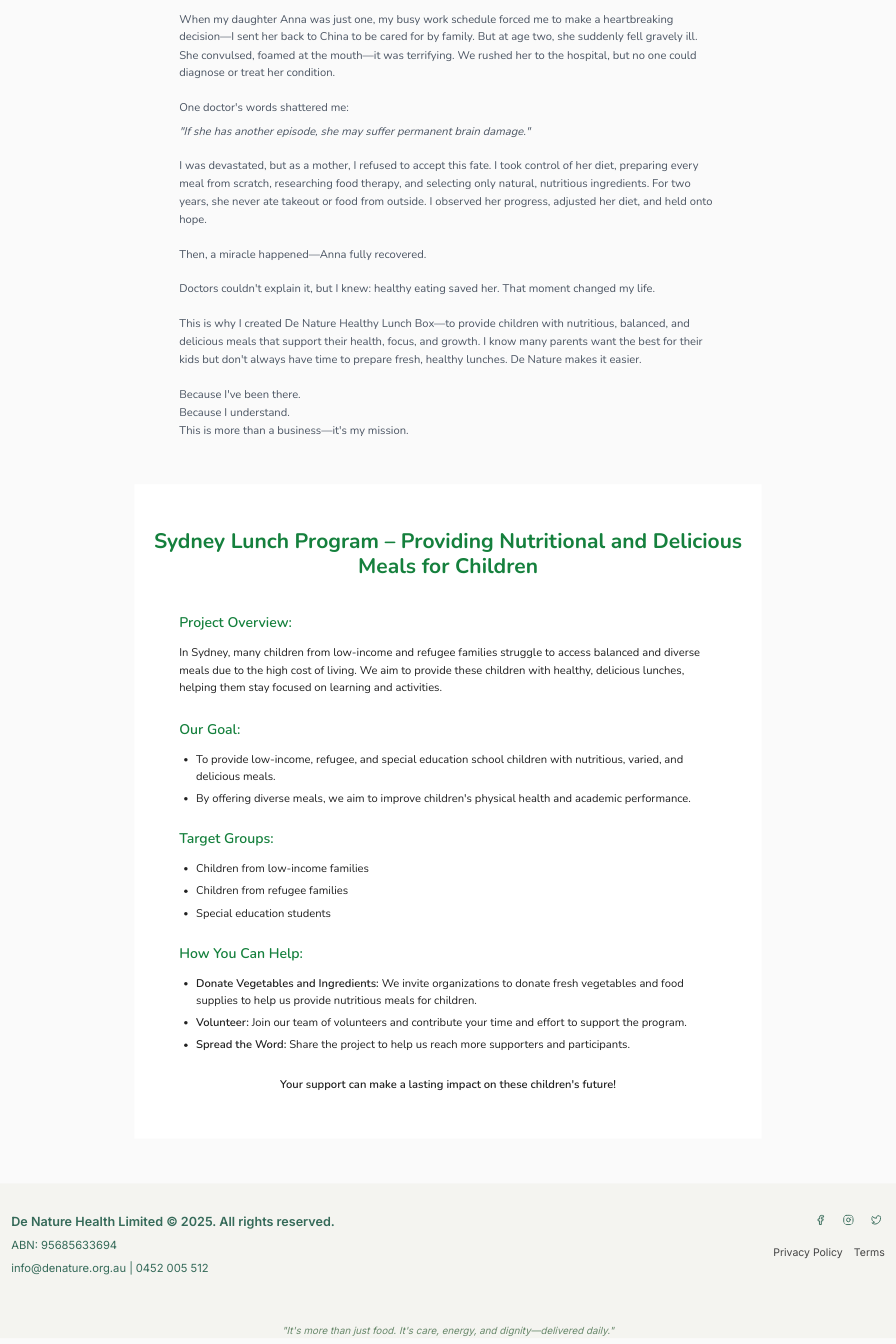
Repository: sunnyyan01/denature-website
Page: /about
The author's editor kept a copy of each file at every save. The page is drawn from the files as they stood at one save, then again after the next save.
The browser window is 1280 px wide. The pictures show the part of the page from y = 1304 to 3224 px (the page is 3224 px tall before and 3134 px after), at 70% of full size.
The project was rebuilt for these pictures with package versions that can differ from the ones it lists, and the page was loaded fresh each time. The framework's server and built-in components were replaced by stand-ins that run in the browser. Also part of the build but not shown: next.config.js.

Above is the page before, as saved 2025-05-14 21:20:21.

After the next save:
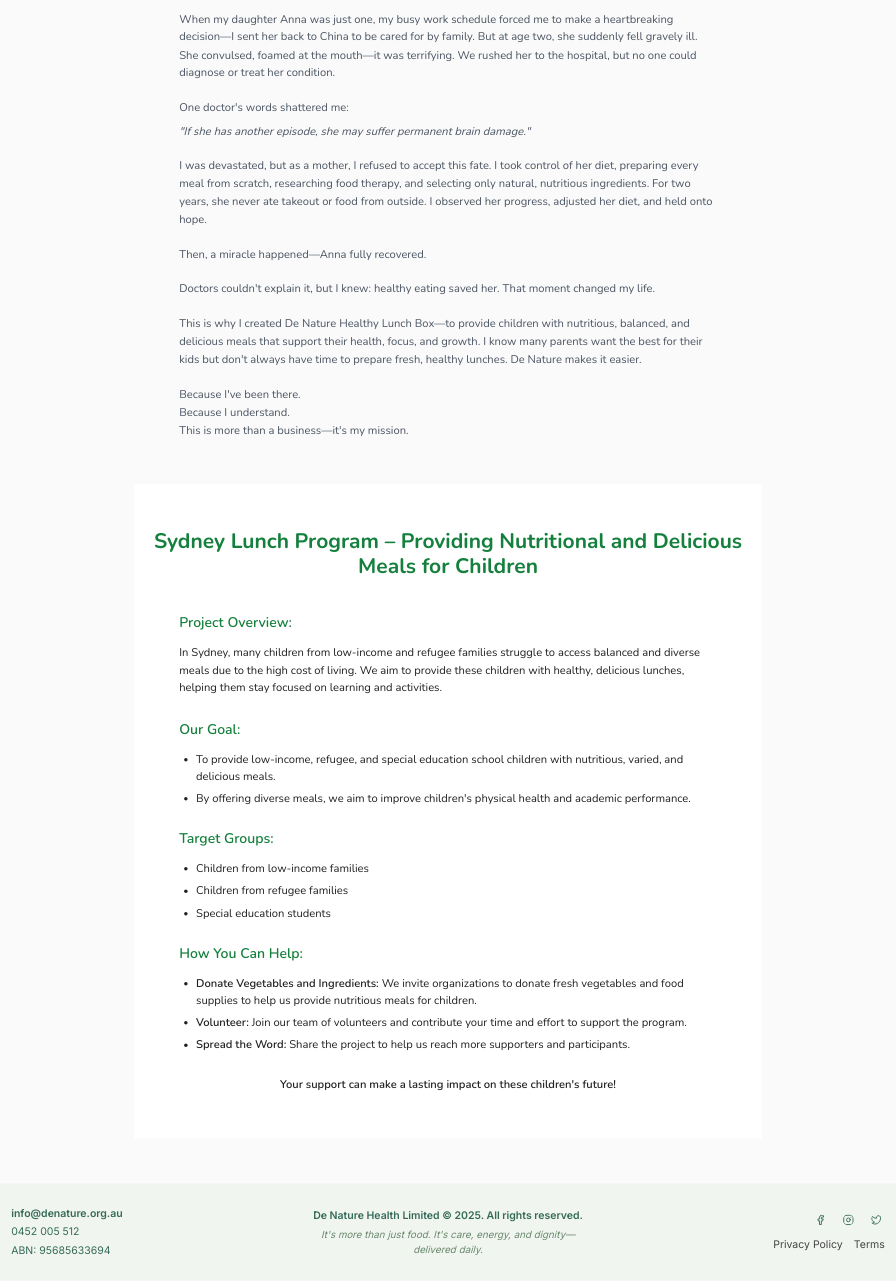
Saved 5 min 48 s later.
--- a/src/components/Footer.tsx
+++ b/src/components/Footer.tsx
@@ -6,41 +6,41 @@
   const currentYear = new Date().getFullYear();
 
   return (
-    <footer className="w-full" style={{ background: '#F4F4F0', color: '#356A59', fontFamily: "'Inter', 'Lato', sans-serif" }}>
-      <div className="container mx-auto px-4 py-10 flex flex-col md:flex-row md:justify-between md:items-start gap-8 md:gap-0">
-        {/* 左侧公司信息 */}
-        <div className="text-left md:text-left text-[16px] space-y-2 flex-1">
-          <p className="font-semibold text-lg">De Nature Health Limited © {currentYear}. All rights reserved.</p>
-          <p>ABN: 95685633694</p>
-          <p>
-            <a href="mailto:info@denature.org.au" className="hover:underline text-[#356A59]">info@denature.org.au</a> |
-            <a href="tel:0452005512" className="hover:underline text-[#356A59] ml-1">0452 005 512</a>
-          </p>
-        </div>
-        {/* 右侧社交图标和快速链接 */}
-        <div className="flex flex-col items-start md:items-end gap-4 flex-1">
-          <div className="flex space-x-4 mb-2">
-            <a href="#" className="group text-[#356A59] transition-transform duration-200 hover:scale-110">
-              <FiFacebook className="w-6 h-6 group-hover:bg-[#356A59] group-hover:text-white rounded-full p-1 transition-colors duration-200" />
-            </a>
-            <a href="#" className="group text-[#356A59] transition-transform duration-200 hover:scale-110">
-              <FiInstagram className="w-6 h-6 group-hover:bg-[#356A59] group-hover:text-white rounded-full p-1 transition-colors duration-200" />
-            </a>
-            <a href="#" className="group text-[#356A59] transition-transform duration-200 hover:scale-110">
-              <FiTwitter className="w-6 h-6 group-hover:bg-[#356A59] group-hover:text-white rounded-full p-1 transition-colors duration-200" />
-            </a>
+    <footer className="w-full" style={{ background: '#f1f5f0', color: '#356A59', fontFamily: "'Inter', 'Lato', sans-serif" }}>
+      <div className="container mx-auto px-4 py-8">
+        <div className="grid grid-cols-1 md:grid-cols-3 gap-8 items-center">
+          {/* 左侧：联系信息 */}
+          <div className="flex flex-col items-center md:items-start text-[15px] gap-1">
+            <span className="font-semibold">info@denature.org.au</span>
+            <span>0452 005 512</span>
+            <span>ABN: 95685633694</span>
           </div>
-          <div className="flex space-x-4 text-[15px]">
-            <a href="#" className="hover:underline text-[#444]">Privacy Policy</a>
-            <a href="#" className="hover:underline text-[#444]">Terms</a>
+          {/* 中间：版权+口号 */}
+          <div className="flex flex-col items-center text-center text-[15px] gap-1">
+            <span className="font-semibold">De Nature Health Limited © {currentYear}. All rights reserved.</span>
+            <span style={{ fontStyle: 'italic', fontSize: '14px', color: '#68886b' }}>
+              It's more than just food. It's care, energy, and dignity—delivered daily.
+            </span>
+          </div>
+          {/* 右侧：社交图标+链接 */}
+          <div className="flex flex-col items-center md:items-end gap-2">
+            <div className="flex space-x-4 mb-1">
+              <a href="#" className="group text-[#356A59] transition-transform duration-200 hover:scale-110">
+                <FiFacebook className="w-6 h-6 group-hover:bg-[#356A59] group-hover:text-white rounded-full p-1 transition-colors duration-200" />
+              </a>
+              <a href="#" className="group text-[#356A59] transition-transform duration-200 hover:scale-110">
+                <FiInstagram className="w-6 h-6 group-hover:bg-[#356A59] group-hover:text-white rounded-full p-1 transition-colors duration-200" />
+              </a>
+              <a href="#" className="group text-[#356A59] transition-transform duration-200 hover:scale-110">
+                <FiTwitter className="w-6 h-6 group-hover:bg-[#356A59] group-hover:text-white rounded-full p-1 transition-colors duration-200" />
+              </a>
+            </div>
+            <div className="flex space-x-4 text-[15px]">
+              <a href="#" className="hover:underline text-[#444]">Privacy Policy</a>
+              <a href="#" className="hover:underline text-[#444]">Terms</a>
+            </div>
           </div>
         </div>
-      </div>
-      {/* 品牌口号 */}
-      <div className="text-center mt-6 mb-2">
-        <p style={{ fontStyle: 'italic', fontSize: '14px', color: '#68886b' }}>
-          "It's more than just food. It's care, energy, and dignity—delivered daily."
-        </p>
       </div>
     </footer>
   );
